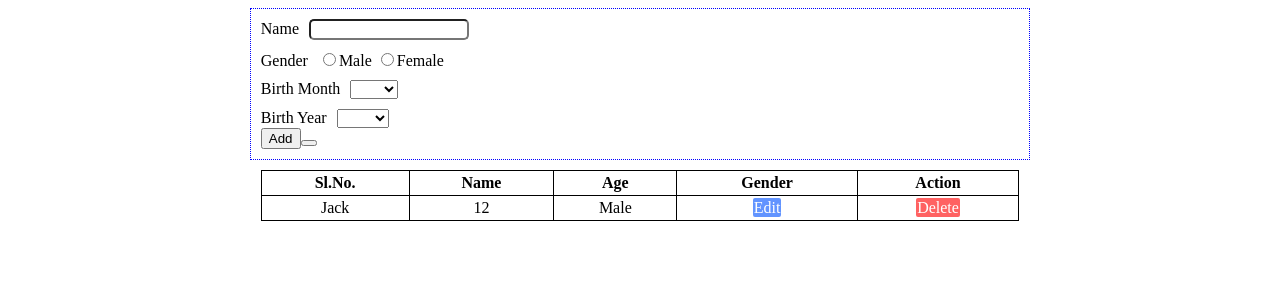
Repository: tysonpaul89/vue-student-crud
Page: /
An editor plug-in stored every save of this project. The page is shown before and after the next save, followed by the edit.
The browser window is 1280 px wide. The pictures show the whole page.
The project was rebuilt for these pictures with package versions that can differ from the ones it lists, and the page was loaded fresh each time.

Above is the page before, as saved 2020-04-11 13:24:09.

After the next save:
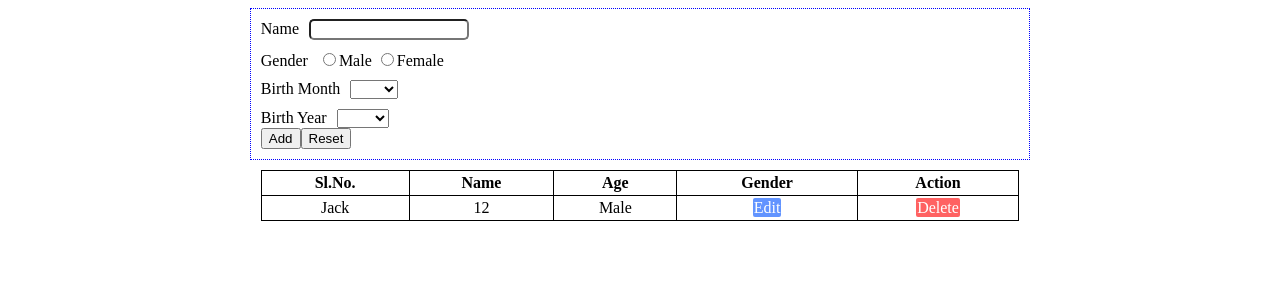
Saved 10 s later.
--- a/src/components/StudentForm.vue
+++ b/src/components/StudentForm.vue
@@ -23,7 +23,7 @@
         </select>
       </div>
       <button type="button" @click="onSubmit()">{{ type === 'create' ? 'Add' : 'Edit' }}</button>
-      <button type="button" @click="onReset()"></button>
+      <button type="button" @click="onReset()">Reset</button>
     </form>
   </div>
 </template>
